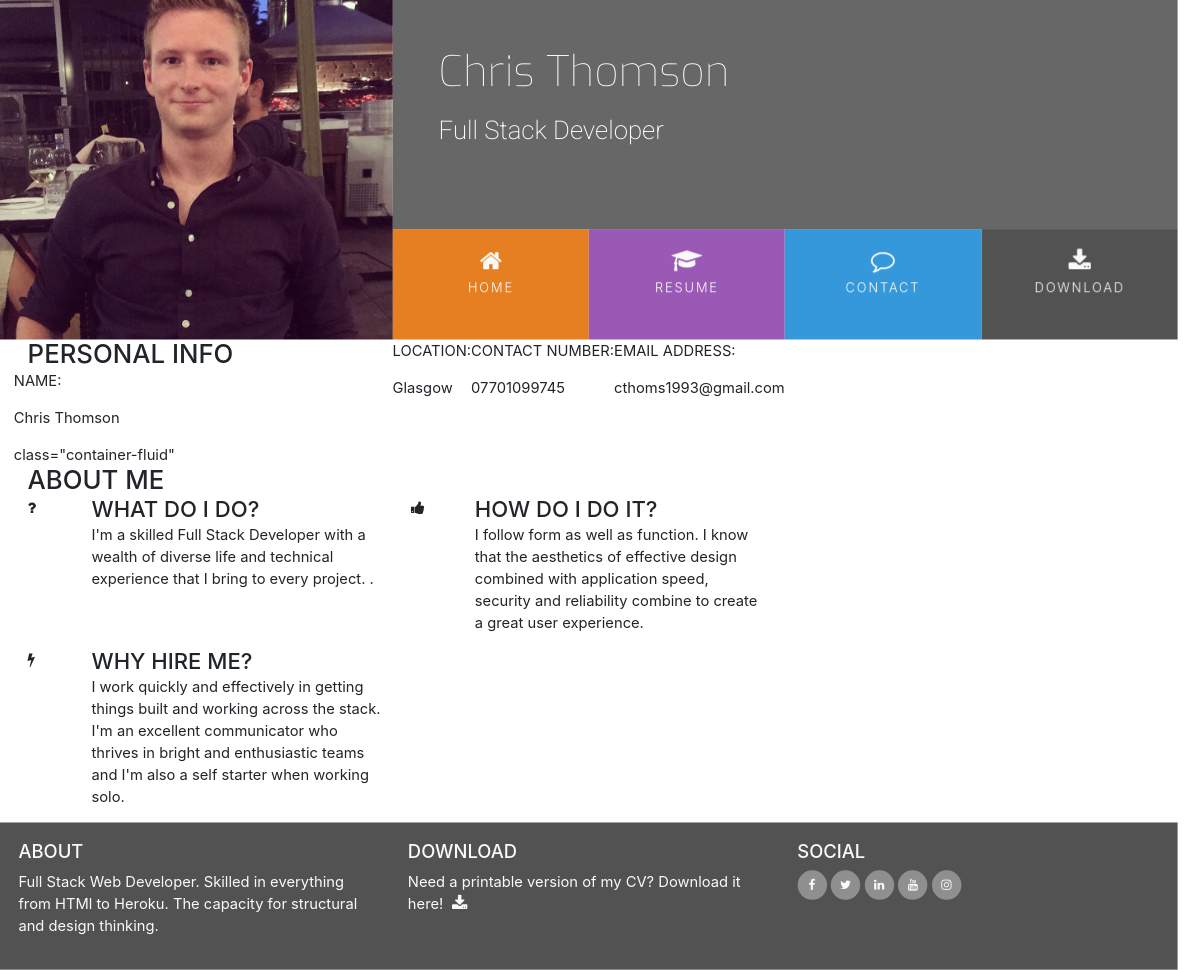
Repository: cthoms1993/Resume
Page: index.html
The author's editor kept a record of every edit. The page is drawn from the files as they stood at one moment, then again after the next edit.
The browser window is 1280 px wide. The page is 1295 px wide, so the pictures cover 1295 px, including what lies to the right of the window. The pictures show the whole page, at 92% of full size.
The pointer rests on the first visible `.social-links li a i`.

Above is the page before.

After the next edit:
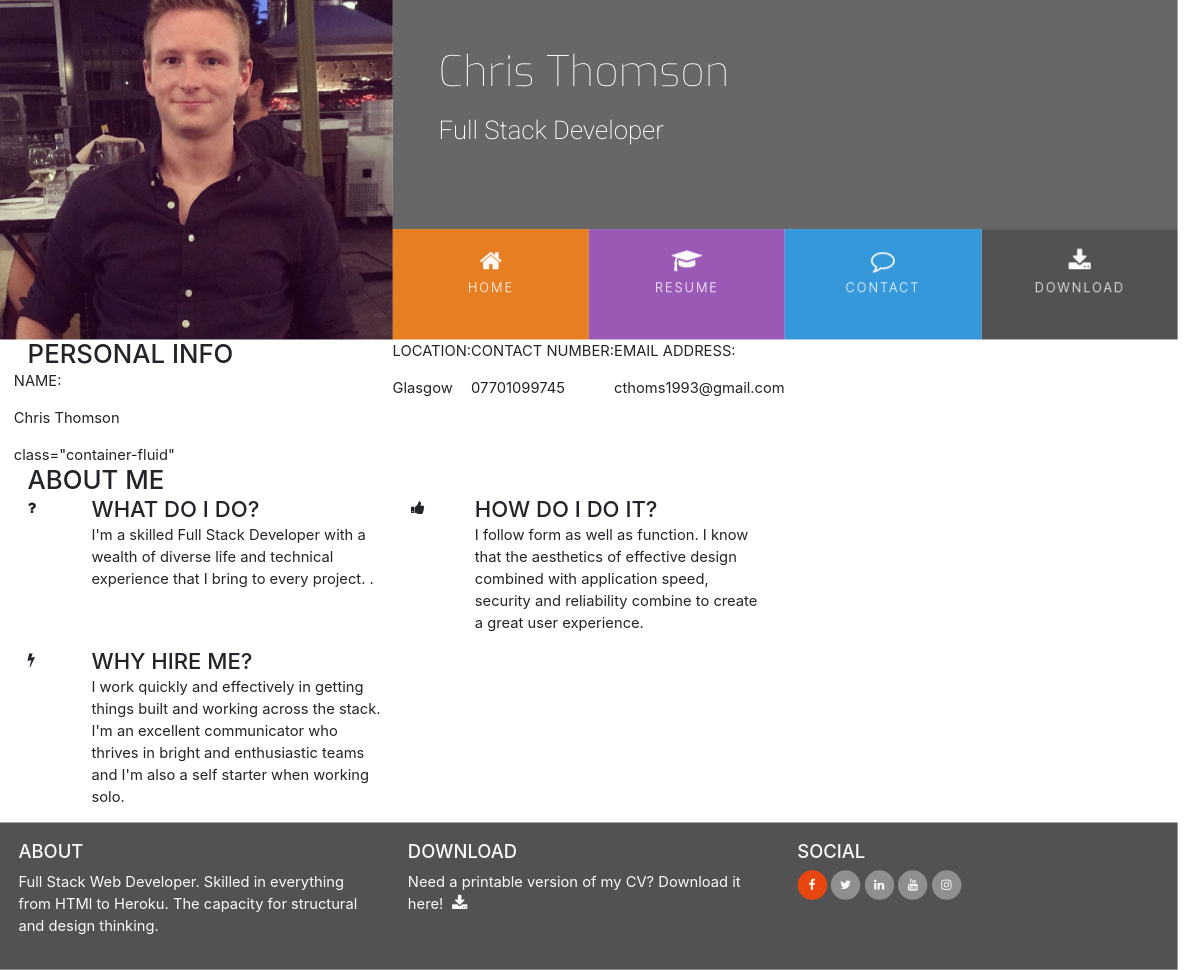
The edit:
--- a/assets/css/style.css
+++ b/assets/css/style.css
@@ -188,7 +188,7 @@
 }
 
 .social-links li a i:hover {
-    backgrouns: #e84610;
+    background: #e84610;
 }
 
 #footer-details {
